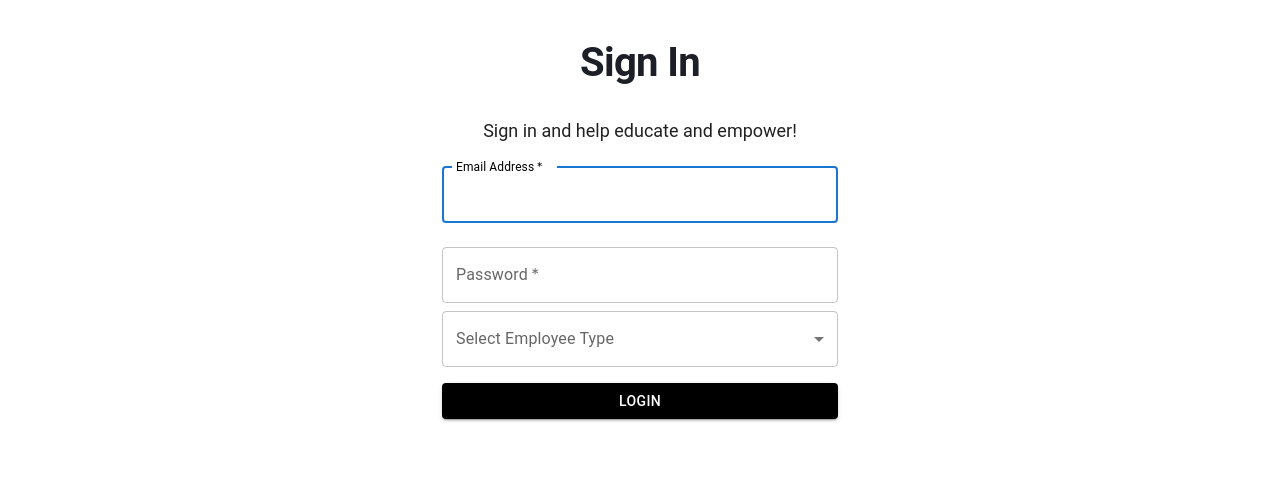
Repository: Deepika9103/WTDashboard
Page: /signin
An editor plug-in stored every save of this project. The page is shown before and after the next save, followed by the edit.
The browser window is 1280 px wide. The pictures show the whole page.
The project was rebuilt for these pictures with package versions that can differ from the ones it lists, and the page was loaded fresh each time. Some packages were replaced by stand-ins written for this rebuild. Also part of the build but not shown: src/Components/CustomButton.jsx, src/Components/Navbar.jsx, src/Components/Footer.jsx, src/Components/CongratsCard.jsx, src/pages/Hero/Properties.jsx, src/pages/Hero/Hero.jsx, src/pages/Dashboard/Dashboard.jsx, src/Components/layout.jsx and 1 more.

Above is the page before, as saved 2024-03-26 16:26:54.

### src/index.js
import React from "react";
import ReactDOM from "react-dom/client";
import "./index.css";
import { GoogleOAuthProvider } from '@react-oauth/google';
import App from "./App";
import { BrowserRouter } from "react-router-dom";
const root = ReactDOM.createRoot(
    document.getElementById("root"));
root.render(
    <BrowserRouter>
<GoogleOAuthProvider clientId="730379698185-cv7a59sok9sod43v04ee6g6pt4gtaea2.apps.googleusercontent.com">
        {/* <React.StrictMode> */}
            <App />
        {/* </React.StrictMode> */}
    </GoogleOAuthProvider>
    </BrowserRouter>

);

### src/index.css
@import url("https://fonts.googleapis.com/css2?family=Poppins:wght@400;500;700&display=swap");

* {
  margin: 0;
  padding: 0;
  box-sizing: border-box;
  font-family: "Poppins", sans-serif;
}

body {
  margin: 0;
  -webkit-font-smoothing: antialiased;
  -moz-osx-font-smoothing: grayscale;
}

code {
  font-family: source-code-pro, Menlo, Monaco, Consolas, "Courier New",
    monospace;
}

### src/App.jsx
import Hero from "./pages/Hero/Hero";
import Dashboard from "./pages/Dashboard/Dashboard";
import Layout from "./Components/layout";
import SignIn from "./pages/Sign_in";
import Profile from "./pages/Profile"
import {useState} from "react";
import { Route, Routes } from "react-router-dom";
function App() {
  return (
    <>
      <Routes>
        <Route path="/signin" element={<><SignIn /></>} />
      <Route path="/dashboard" element={<Layout><Dashboard /></Layout>} />
       <Route path="/profile" element={<Layout><Profile/></Layout>} />
        <Route path="/" element={<><Hero /></>} />
      </Routes>
         </>
  );
}

export default App;

### src/pages/Sign_in.jsx
import * as React from 'react';
import Button from '@mui/material/Button';
import CssBaseline from '@mui/material/CssBaseline';
import TextField from '@mui/material/TextField';
import Box from '@mui/material/Box';
import Typography from '@mui/material/Typography';
import Container from '@mui/material/Container';
import { createTheme, ThemeProvider } from '@mui/material/styles';
import { styled } from "@mui/material";
import Swal from 'sweetalert2';
import { useNavigate } from 'react-router-dom';
// import Box from '@mui/material/Box';
import InputLabel from '@mui/material/InputLabel';
import MenuItem from '@mui/material/MenuItem';
import FormControl from '@mui/material/FormControl';
import Select from '@mui/material/Select';
const defaultTheme = createTheme();

export default function SignIn() {

  const navigate = useNavigate();
  const handleSubmit = (event) => {
    event.preventDefault();
    const data = new FormData(event.currentTarget);

    const searchData = {
      email: data.get('email'),
      password: data.get('password'),
      employee: employee

    }
    console.log({
      email: data.get('email'),
      password: data.get('password'),
      employee: employee
    });

    fetch(`https://wixstocle.pythonanywhere.com/api/login/`, {
      method: 'POST',
      headers: {
        'Content-Type': 'application/json',
      },
      body: JSON.stringify(searchData),
    }).then((response) => response.json())
      .then((data) => {
        // console.log(data);
        if (data.status == true) {
          Swal.fire({
            icon: 'success',
            title: 'Successfully Logged In',
            showConfirmButton: false,
            timer: 3000
          })
          navigate('/dashboard')
        }
        else {
          Swal.fire({
            icon: 'error',
            title: data.message,
            showConfirmButton: false,
            timer: 3000
          })
        }
      })
      .catch((error) => {
        // console.error(error);
      });

  };
  const Title = styled(Typography)(({ theme }) => ({
    fontSize: "40px",
    color: "#000336",
    fontWeight: "bold",
    textAlign: "center",
    margin: theme.spacing(4, 0, 4, 0),
    [theme.breakpoints.down("sm")]: {
      fontSize: "40px",
    },
  }));
  const [employee, setEmployee] = React.useState('');

  const handleChange = (event) => {
    setEmployee(event.target.value);
    // console.log(event.target.value);
  };


  return (
    <ThemeProvider theme={defaultTheme}>
    <Container component="main" maxWidth="xs">
      <CssBaseline />
      <Box
        sx={{
          marginTop: 1,
          display: 'flex',
          flexDirection: 'column',
          alignItems: 'center',
          justifyContent:'center'
        }}
      >
        <Title variant="h1" sx={{ color: "#1C1F25" }}>
            Sign In
           </Title>
        <Typography component="h2" variant="h5" sx={{ fontSize: "18px" }}>
          Sign in and help educate and empower!
        </Typography>
        <Box component="form" onSubmit={handleSubmit} noValidate sx={{ mt: 1 }}>
          <TextField
            margin="normal"
            required
            fullWidth
            id="email"
            label="Email Address"
            name="email"
            autoComplete="email"
            autoFocus
            sx={{
                '& .MuiOutlinedInput-root': {
                  '&:hover fieldset': {
                    borderColor: "black", // Outline color on hover
                  },
                },
                '& .Mui-focused fieldset': {
                  borderColor: "black", // Outline color when focused
                },

                '& .MuiInputLabel-root.Mui-focused': {
                  color: "black", // Label color when focused
                },

              }}
          />
          <TextField
            margin="normal"
            required
            fullWidth
            name="password"
            label="Password"
            type="password"
            id="password"
            autoComplete="current-password"
            sx={{
                '& .MuiOutlinedInput-root': {
                  '&:hover fieldset': {
                    borderColor: "black", // Outline color on hover
                  },
                },
                '& .Mui-focused fieldset': {
                  borderColor: "black", // Outline color when focused
                },

                '& .MuiInputLabel-root.Mui-focused': {
                  color: "black", // Label color when focused
                },

              }}
          />
          <FormControl fullWidth>
        <InputLabel >Select Employee Type</InputLabel>
        <Select
  value={employee}
  label="Select Employee Type"
  onChange={handleChange}
>
  <MenuItem value="admin">Admin</MenuItem>
  <MenuItem value="employee">Employee</MenuItem>
</Select>
      </FormControl>
          <Button
            type="submit"
            fullWidth
            variant="contained"

            sx={{
              mt: 2,
              mb: 1,
              backgroundColor: "black", // Background color on hover
                color: "#fff", // Text color on hover
                // borderColor: "black", //
              '&:hover': {
                backgroundColor: "#fff", // Background color on hover
                color: "black", // Text color on hover
                borderColor: "black", // Outline color on hover
              },
            }}
          >
            Login
          </Button>
          <Box
  display="flex"
  justifyContent="center"
  alignItems="center"
  flexDirection="column"
  sx={{ mt: 2, mb: 1 }}
>
  {/* <Button
    type="submit"
    variant="contained"
    sx={{
      backgroundColor: "white", // Background color on hover
      color: "black", // Text color on hover
      '&:hover': {
        backgroundColor: "#blue", // Background color on hover
        color: "white", // Text color on hover
      },
    }}
  >
    <img
      src={heroImg}
      alt="Google Icon"
      style={{ width: '40px', height: '100%', marginRight: '10px' }}
    />
    Sign In with Google
  </Button> */}
</Box>
        </Box>
      </Box>
    </Container>


    </ThemeProvider>
  );
}

### src/Components/listItems.jsx
import * as React from 'react';
import ListItemButton from '@mui/material/ListItemButton';
import ListItemIcon from '@mui/material/ListItemIcon';
import ListItemText from '@mui/material/ListItemText';
import DashboardIcon from '@mui/icons-material/Dashboard';
import MedicalInformationIcon from '@mui/icons-material/MedicalInformation';
import SavingsIcon from '@mui/icons-material/Savings';
import SchoolIcon from '@mui/icons-material/School';
import HelpCenterIcon from '@mui/icons-material/HelpCenter';
import SettingsIcon from '@mui/icons-material/Settings';
import SmartToyIcon from '@mui/icons-material/SmartToy';
import { Link } from 'react-router-dom';
// import GoogleTranslateComponent from './GoogleTranslateComponent';
import EventAvailableIcon from '@mui/icons-material/EventAvailable';
import NotoficationsIcon from '@mui/icons-material/Notifications';
import LogoutIcon from '@mui/icons-material/Logout';
export const mainListItems = (
  <>
    <React.Fragment>
      <Link to="/dashboard" style={{ textDecoration: "none", color: "black" }}>
        <ListItemButton>
          <ListItemIcon>
            <DashboardIcon />
          </ListItemIcon>
          <ListItemText primary="Dashboard" />
        </ListItemButton>
      </Link>
      <Link to="/projects" style={{ textDecoration: "none", color: "black" }}>
        <ListItemButton>
          <ListItemIcon>
            <EventAvailableIcon />
          </ListItemIcon>
          <ListItemText primary="Projects" />
        </ListItemButton>
      </Link>
      <Link to="/Notifcations" style={{ textDecoration: "none", color: "black" }}>
        <ListItemButton>
          <ListItemIcon>
            <NotoficationsIcon />
          </ListItemIcon>
          <ListItemText primary="Notifications" />
        </ListItemButton>
      </Link>
      <Link to="/profile" style={{ textDecoration: "none", color: "black" }}>
        <ListItemButton>
          <ListItemIcon>
            <SettingsIcon />
          </ListItemIcon>
          <ListItemText primary="Profile" />
        </ListItemButton>
      </Link>
      <Link to="/" style={{ textDecoration: "none", color: "black" }}>
        <ListItemButton>
          <ListItemIcon>
            <LogoutIcon />
          </ListItemIcon>
          <ListItemText primary="LOg Out" />
        </ListItemButton>
      </Link>
    </React.Fragment >
  </>
);

Loaded but not shown: public/index.html (common file)

After the next save:
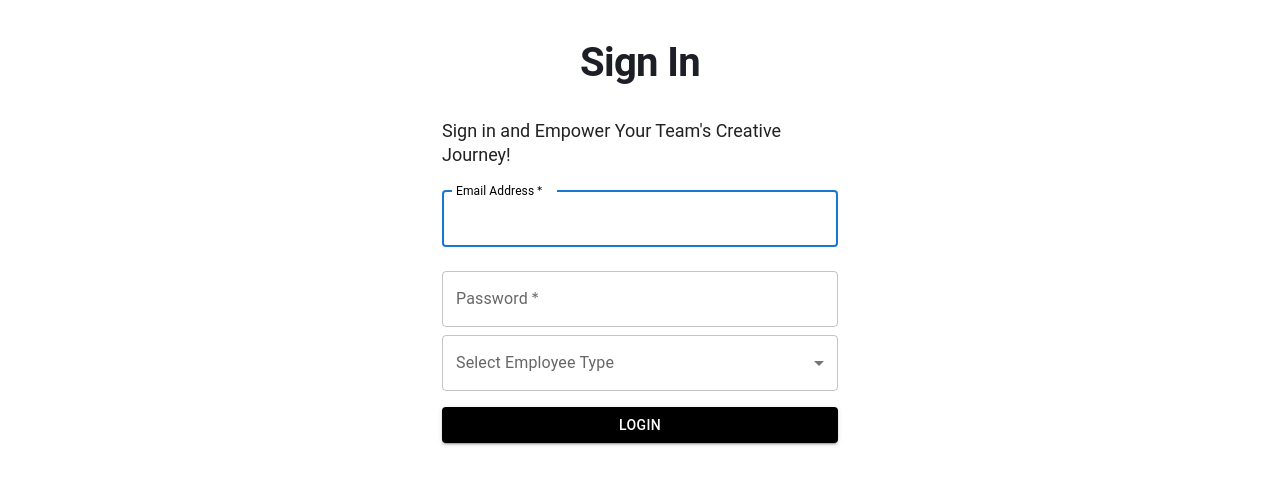
Saved 4 min 34 s later.
--- a/src/pages/Sign_in.jsx
+++ b/src/pages/Sign_in.jsx
@@ -102,7 +102,7 @@ export default function SignIn() {
             Sign In
            </Title>
         <Typography component="h2" variant="h5" sx={{ fontSize: "18px" }}>
-          Sign in and help educate and empower!
+          Sign in and Empower Your Team's Creative Journey!
         </Typography>
         <Box component="form" onSubmit={handleSubmit} noValidate sx={{ mt: 1 }}>
           <TextField
